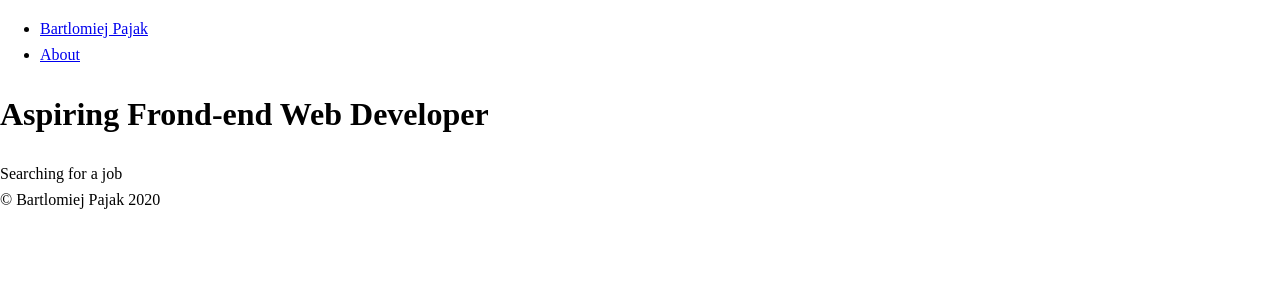
Repository: spidero7/personal-site
Page: index.html
These files come from the project's save history. The page is drawn as it stood at one moment and after a run of saves; the edit follows.
The browser window is 1280 px wide. The pictures show the whole page.
Some web fonts or font styles are not loaded; a fallback is used.

Above is the page before, as saved 2020-04-15 21:57:42.

After the next 2 saves:
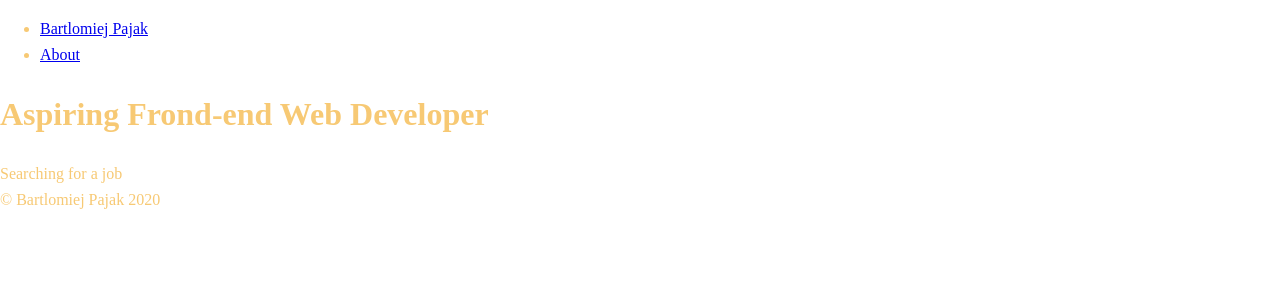
The 2 saves are shown as one change because they came seconds apart.
The last was saved 34 s later.
--- a/css/style.css
+++ b/css/style.css
@@ -9,5 +9,5 @@
 body {
     font-family: 'Domine', serif;
     line-height: 1.6;
-    color:
+    color: #F7C974;
 }
